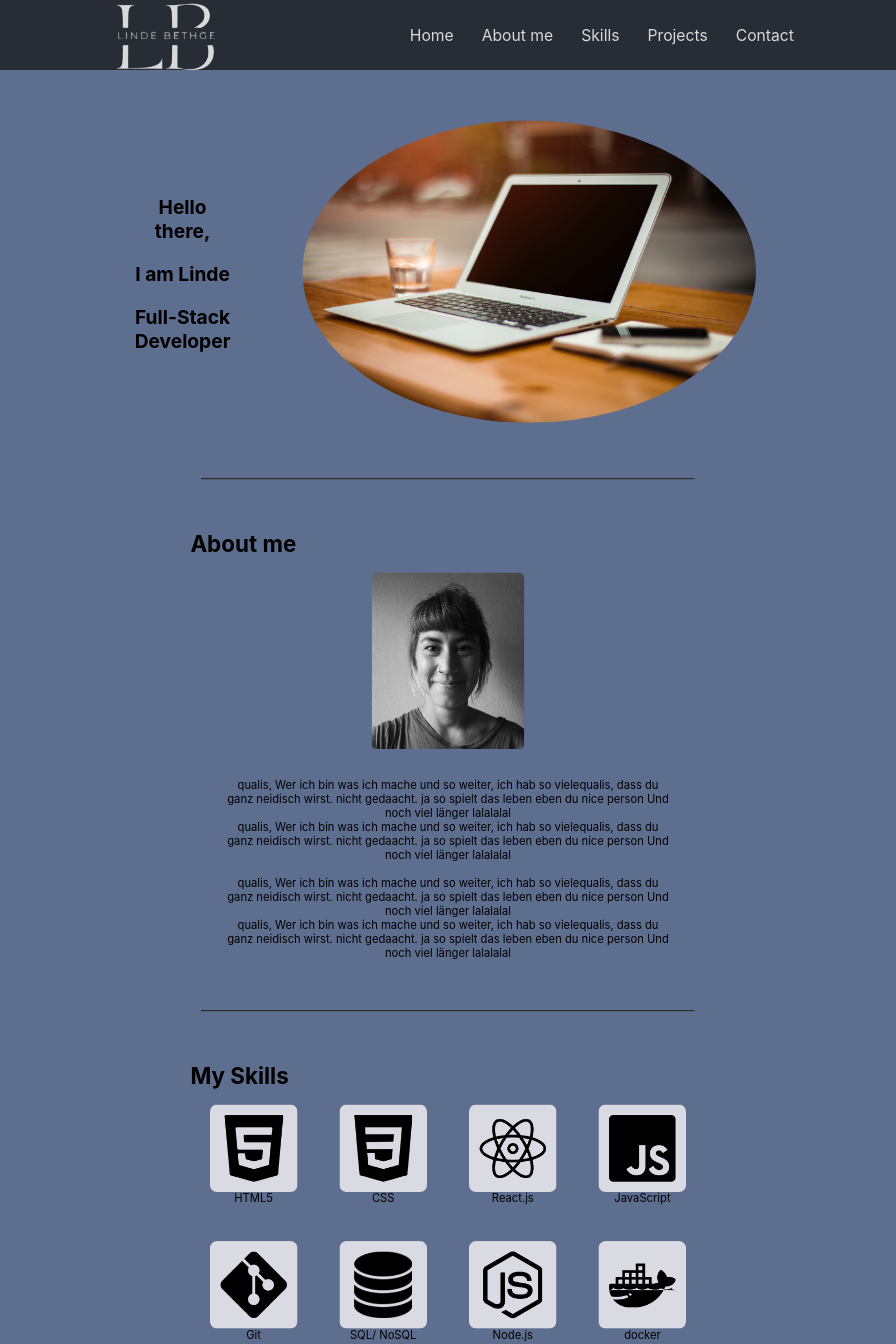
Repository: tiliax/linde-bethge
Page: /
An editor plug-in stored every save of this project. The page is shown before and after a run of saves, followed by the edit.
The browser window is 1280 px wide. The pictures show the part of the page from y = 0 to 1920 px (the page is 3420 px tall), at 70% of full size.
The project was rebuilt for these pictures with package versions that can differ from the ones it lists, and the page was loaded fresh each time.

Above is the page before, as saved 2023-03-06 21:01:10.

### src/App.js
import './App.css';
import Header from './Components/Header';
import Main from './Components/Main'

function App() {
  return (
    <div className="App">
      <Header />
      <Main />
    </div>
  );
}

export default App;

### src/App.css
.App {
  text-align: center;
}

/* //HEADER// */
.header {
  background-color: #282c34;
  font-size: calc(8px + 2vmin);
  padding:1.1% ;
  position:sticky;

}

/* navbar */
.logoimg {
  height: 30vh;
  margin-top: 5%;
}

.navbar {
  display:flex;
  /* position:relative; */
  justify-content: space-around;
  align-items: center;
  height: 10vh;
}

nav li {
  display: inline-block;
}

.navlinks a {
  margin: 20px;
  color: #d9d9d9;
  text-decoration: none;
}

.navlinks a:hover {
  /* font-size: calc(12px + 2vmin); */
  color: #5e6e8f;
}

/* //MAIN// */
.main {
  /* background-color: #64789f; */
  background-color: #5e6e8f;
}

hr {
  border-color: black;
  margin-left: 40vh;
  margin-right: 40vh;
  margin-bottom: 5vh;
  margin-top: 10vh;
}

h1 {
  display: flex;
  margin-top: 10vh;
  margin-left: 20vh;
}

/* //HOME// */
.home {
  display: flex;
  justify-content: center;
  padding-top: 5vh;
  align-items: center;
  margin-left: 10vw;
  margin-right: 10vw;
}

.home li {
  list-style: none;
  font-size: calc(13px + 2vmin);
  margin-top: 5vh;
}

.profiltext p {
  /* font-style: italic; */
  font-weight: bold;
  margin-right: 8vw;
  margin-left: 5vw;
}

.profil {
  height: 60vh;
  width: auto;
  margin-top: 3,5vh;
  margin-bottom: 3,5vh;
  margin-right: 10vh;
  border-radius: 50%;
}

/* //ABOUT ME// */
.aboutme {
  margin-left: 10vw;
  margin-right: 10vw;
  /* margin-top: 10vh; */
}
.aboutme img {
  height: 35vh;
  border-radius: 7px;
  margin-bottom: 3vh;
}

.aboutme p {
  width: 50vw;
  margin-left: auto;
  margin-right: auto;
}

/* //SKILLS// */
.skills {
  margin-left: 10vw;
  margin-right: 10vw;
}

.skillimages1 {
  display: flex;
  justify-content: center;
  margin-bottom: 5vh;
}

.skillimages2 {
  display: flex;
  justify-content: center;
}
.item {
  background-color: rgb(218, 218, 226);
  width: 9vw;
  height: auto;
  margin-left: 30px;
  margin-right: 30px;
  margin-bottom: -3vh;
  padding: 5px;
  border-radius: 10px;
}

/* //PROJECTS// */
.myprojects {
  margin-left: 10vw;
  margin-right: 10vw;
}

/* Freebox */
.freebox {
  display: flex;
  justify-content: space-around;
  margin-left: 12.5vw;
  margin-right: 8vw;
  margin-bottom: 10vh;
  font-size: 2.5vh;
  align-items: center;
}

.freeboximage {
  height: auto;
  width: 50vh;
  margin-right: 3vw;
  border-radius: 5px;
}

.freeboxinfo {
  margin-top: -3vh;
  margin-right: 7vw;
  text-align: left;
}

.freeboxinfo button {
  margin-right: 10px;
  padding: 3% 4%;
  border-radius: 10px;
  border: none;
  background-color: #282c34;
  color: #d9d9d9;
}

.freeboxinfo button:hover {
  background-color: #1a1a40;
}

/* Pokefight */
.pokefight {
  display: flex;
  justify-content: space-around;
  margin-left: 12.5vw;
  margin-right: 8vw;
  font-size: 2.5vh;
  align-items: center;
}

.pokefightimage {
  height: auto;
  width: 50vh;
  margin-right: 3vw;
  border-radius: 5px;
}

.pokefightinfo {
  margin-top: -3vh;
  margin-right: 7vw;
  text-align: left;

}

.pokefightinfo button {
  margin-right: 10px;
  padding: 3% 4%;
  border-radius: 10px;
  border: none;
  background-color: #282c34;
  color: #d9d9d9;
}

.pokefightinfo button:hover {
  background-color: #1f1f23;
}

/* //CONTACT// */
.contact {
  margin-left: 10vw;
  margin-right: 10vw;
}

.contactinfo {
  width: 50vw;
  margin-left: auto;
  margin-right: auto;
  text-align: left;
}

/* Linkedin */
.linkedin {
  height: auto;
  width: 7vh;
  margin-right: 1.5vw;
}

/* Mail  */
.mail {
  height: auto;
  width: 7vh;
  margin-right: 1.5vw;
  border-radius: 5px;
}

/* Github */
.github {
  height: auto;
  width: 7vh;
  margin-right: 1.5vw;
}

/* //Footer// */
.footer {
  padding-bottom: 2vh;
}

.footer a {
  margin: 1vw;
  color: black;
}

.footer a:hover {
  color: #282c34;
}

### src/Components/Header.js
import Logo from './images/LB_Logo.png'

const Header = () => {
    return (

        // NAVBAR
        <div className="header">
            <nav className="navbar">
                {/* LOGO */}
                <div className="logo">
                    <a href="#home">
                        <img className="logoimg" src={Logo} alt="logo" />
                    </a>
                </div>
                {/* NAVLINKS */}
                <div className="navlinks">
                    <li><a href="#home">Home</a></li>
                    <li><a href="#aboutme">About me</a></li>
                    <li><a href="#skills">Skills</a></li>
                    <li><a href="#projects">Projects</a></li>
                    <li><a href="#contact">Contact</a></li>
                </div>
            </nav>
        </div>
    );
}

export default Header;

### src/Components/Main.js
import Profil from './images/computerarbeit.jpg'
import myProfil from './images/myProfilSW.jpg'
import HTML from './images/html.png'
import CSS from './images/css.png'
import REACT from './images/react.png'
import JS from './images/js.png'
import GIT from './images/git.png'
import SQLNoSQL from './images/database.png'
import NODEJS from './images/nodejs.png'
import DOCKER from './images/docker.png'
import FREEBOX from './images/freebox.png'
import POKEFIGHT from './images/pokefight.png'
import LINKEDIN from './images/linkedin.png'
import GITHUB from './images/github.png'
import MAIL from './images/mail.png'


const Main = () => {
    return (

        //MAIN//
        <div className="main">

            {/* //HOME// */}
            <div id='home' className="home">
                <li className='profiltext'>
                    <p> Hello there,</p>
                    <p>I am Linde</p>
                    <p>Full-Stack Developer</p>
                </li>
                <li><img className="profil" src={Profil} alt="profil" /></li>
            </div>
            <hr />

            {/* //ABOUT ME// */}
            <div id='aboutme' className="aboutme">
                <h1>About me</h1>
                <img src={myProfil} alt="myProfil" />
                <p> qualis, Wer ich bin was ich mache und so weiter, ich hab so vielequalis, dass du ganz neidisch wirst. nicht gedaacht. ja so spielt das leben eben du nice person Und noch viel länger lalalalal <br /> qualis, Wer ich bin was ich mache und so weiter, ich hab so vielequalis, dass du ganz neidisch wirst. nicht gedaacht. ja so spielt das leben eben du nice person Und noch viel länger lalalalal <br /> <br /> qualis, Wer ich bin was ich mache und so weiter, ich hab so vielequalis, dass du ganz neidisch wirst. nicht gedaacht. ja so spielt das leben eben du nice person Und noch viel länger lalalalal <br /> qualis, Wer ich bin was ich mache und so weiter, ich hab so vielequalis, dass du ganz neidisch wirst. nicht gedaacht. ja so spielt das leben eben du nice person Und noch viel länger lalalalal</p>
            </div>
            <hr />

            {/* //SKILLS// */}
            <div id='skills' className="skills">
                <h1>My Skills</h1>
                <div className="skillimages1">
                    <div className="skilldiv">
                        <img className="item" src={HTML} alt="html" />
                        <p>HTML5</p>
                    </div>
                    <div className="skilldiv">
                        <img className="item" src={CSS} alt="css" />
                        <p>CSS</p>
                    </div>
                    <div className="skilldiv">
                        <img className="item" src={REACT} alt="react" />
                        <p>React.js</p>
                    </div>
                    <div className="skilldiv">
                        <img className="item" src={JS} alt="js" />
                        <p>JavaScript</p>
                    </div>
                </div>
                < div className="skillimages2">
                    <div className="skilldiv">
                        <img className="item" src={GIT} alt="git" />
                        <p>Git</p>
                    </div>
                    <div className="skilldiv">
                        <img className="item" src={SQLNoSQL} alt="sql noSql" />
                        <p>SQL/ NoSQL</p>
                    </div>
                    <div className="skilldiv">
                        <img className="item" src={NODEJS} alt="nodejs" />
                        <p>Node.js</p>
                    </div>
                    <div className="skilldiv">
                        <img className="item" src={DOCKER} alt="docker" />
                        <p>docker</p>
                    </div>
                </div>
            </div>
            <hr />

            {/* //PROJECTS// */}
            <div id='projects' className="myprojects">
                <h1>My Projects</h1>

                {/* Freebox */}
                <div className='freebox'>
                    <div>
                        <a href="#"><img className="freeboximage" src={FREEBOX} alt="freebox" /></a>
                    </div>
                    <div className="freeboxinfo">
                        <p><b>Freebox</b> is an app for bla Freebox is an app for bla Freebox is an app for bla Freebox is an app for bla Freebox is an app for bla Freebox is an app for bla Freebox is an app for bla Freebox is an app for bla Freebox is an app for bla Freebox is an app for bla.
                        </p>
                        <p><b>Technologies used: </b>HTML, CSS, React.js, NodeJS</p>
                        <p><b>Links to my Repositories:</b></p>
                        <a href="https://github.com/tiliax/MyFreebox_FE" target="_blank"><button>Frontend</button></a>
                        <a href="https://github.com/tiliax/MyFreebox_BE" target="_blank"><button>Backend</button></a>
                    </div>
                </div>
                {/* Pokefight */}
                <div className='pokefight'>
                    <div>
                        <a href="#"><img className="pokefightimage" src={POKEFIGHT} alt="pokefight" /></a>
                    </div>
                    <div className="pokefightinfo">
                        <p>The <b>Pokemon</b> App shows all Pokemons and their details. You can pick one and let it fight. Afterwards you can see the game results.
                        </p>
                        <p><b>Technologies used: </b>HTML, CSS, Material-UI, ReactJS, NodeJS, ExpressJS, NoSQL</p>
                        <p><b>Links to my Repositories:</b></p>
                        <a href="https://github.com/tiliax/FE--PokeFight" target="_blank"><button>Frontend</button></a>
                        <a href="https://github.com/honigbienlein/PokeFight" target="_blank"><button>Backend</button></a>
                    </div>
                </div>
            </div>
            <hr />

            <div id='contact' className="contact">
                <h1>Contact me</h1>
                <div className='contactinfo'>
                    <p>Drop a message to say "hello", connect on social media, or see if we can collaborate on something amazing? I am happy to get in touch!</p>
                    <br />
                    <div>
                        <a href="https://www.linkedin.com/in/linde-bethge/" target="_blank"><img className='linkedin' src={LINKEDIN} alt="linkedin" /></a>
                        <a href="#"><img className='mail' src={MAIL} alt="" /></a>
                        <a href="https://github.com/tiliax" target="_blank"><img className='github' src={GITHUB} alt="" /></a>
                    </div>
                </div>
            </div>
            <hr />
            <div className="footer">
                <a href="#">Impressum</a>
                <a href="#">Datenschutz</a>
            </div>

        </div>
    );
}

export default Main;

Loaded but not shown: public/index.html (common file); src/index.js (common file); src/index.css (common file)

After the next 2 saves:
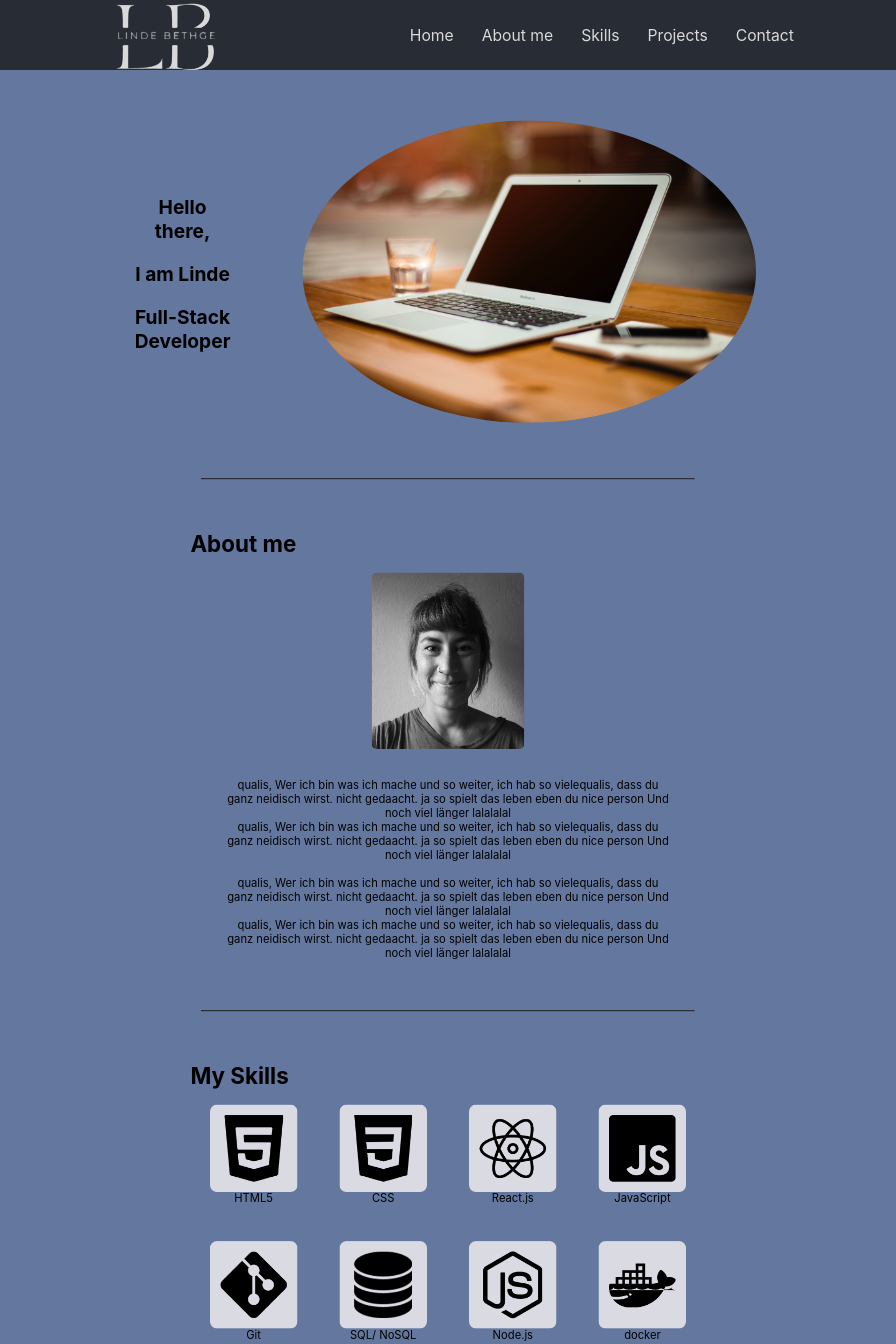
The 2 saves are shown as one change because they came seconds apart.
The last was saved 30 s later.
--- a/src/App.css
+++ b/src/App.css
@@ -42,8 +42,8 @@
 
 /* //MAIN// */
 .main {
-  /* background-color: #64789f; */
-  background-color: #5e6e8f;
+  background-color: #64789f;
+  /* background-color: #5e6e8f; */
 }
 
 hr {

After the save that followed:
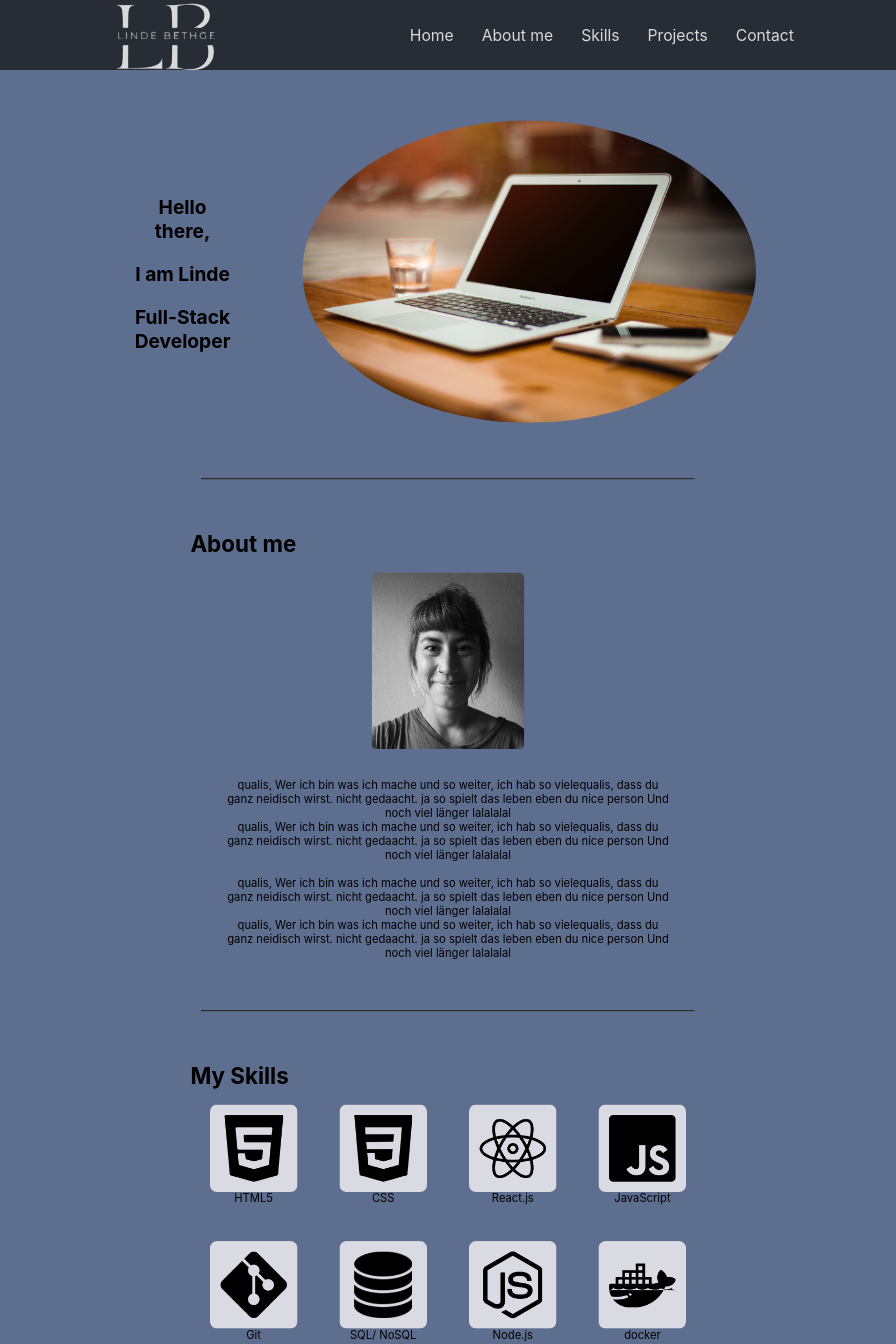
Saved 8 s later.
--- a/src/App.css
+++ b/src/App.css
@@ -43,7 +43,7 @@
 /* //MAIN// */
 .main {
   background-color: #64789f;
-  /* background-color: #5e6e8f; */
+  background-color: #5e6e8f;
 }
 
 hr {
